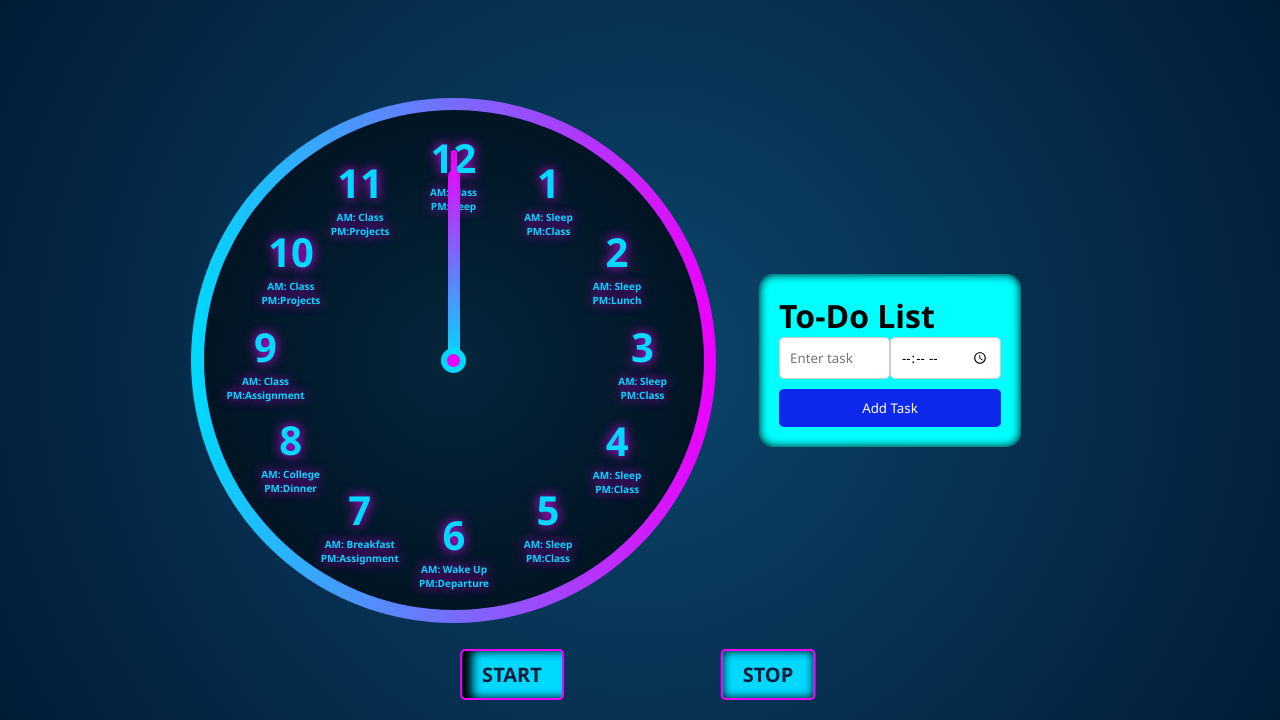
Repository: Suryansh-D/Cool-Clock
Page: index.html
These files come from the project's save history. The page is drawn as it stood at one moment and after a run of saves; the edit follows.
The browser window is 1280 px wide. The pictures show the whole page.

Above is the page before, as saved 2024-01-30 18:50:14.

After the next 4 saves:
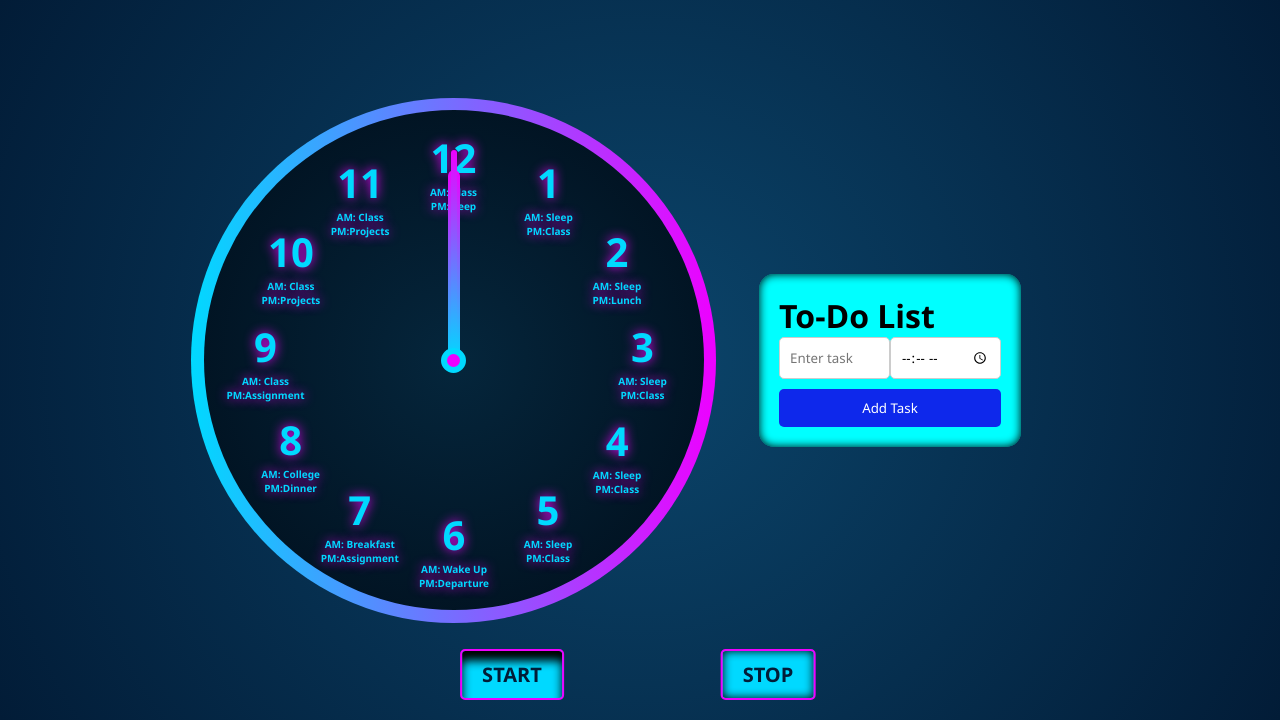
The 4 saves are shown as one change because they came seconds apart.
The last was saved 10 s later.
--- a/style.css
+++ b/style.css
@@ -96,7 +96,7 @@ body{
     font-weight: 500;
     cursor: pointer;
     transition: all 0.3s ease;
-    box-shadow: inset 10px 0 10px #000;
+    box-shadow: inset 0 10px 10px #000;
 }
 .stop-btn{
     position: absolute;
